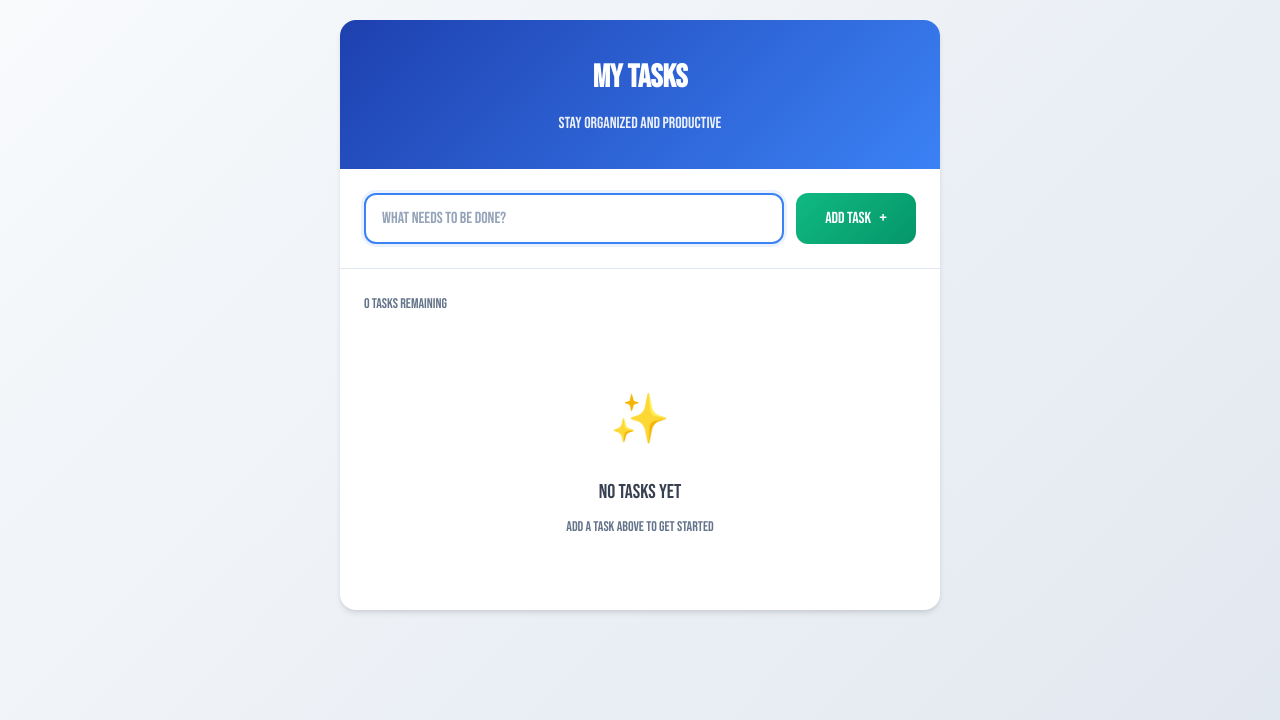
Repository: neelpatel6262/task-manager
Page: index.html
These files come from the project's save history. The page is drawn as it stood at one moment and after a run of saves; the edit follows.
The browser window is 1280 px wide. The pictures show the whole page.
Some web fonts or font styles are not loaded; a fallback is used.

Above is the page before, as saved 2025-09-22 13:08:24.

After the next 2 saves:
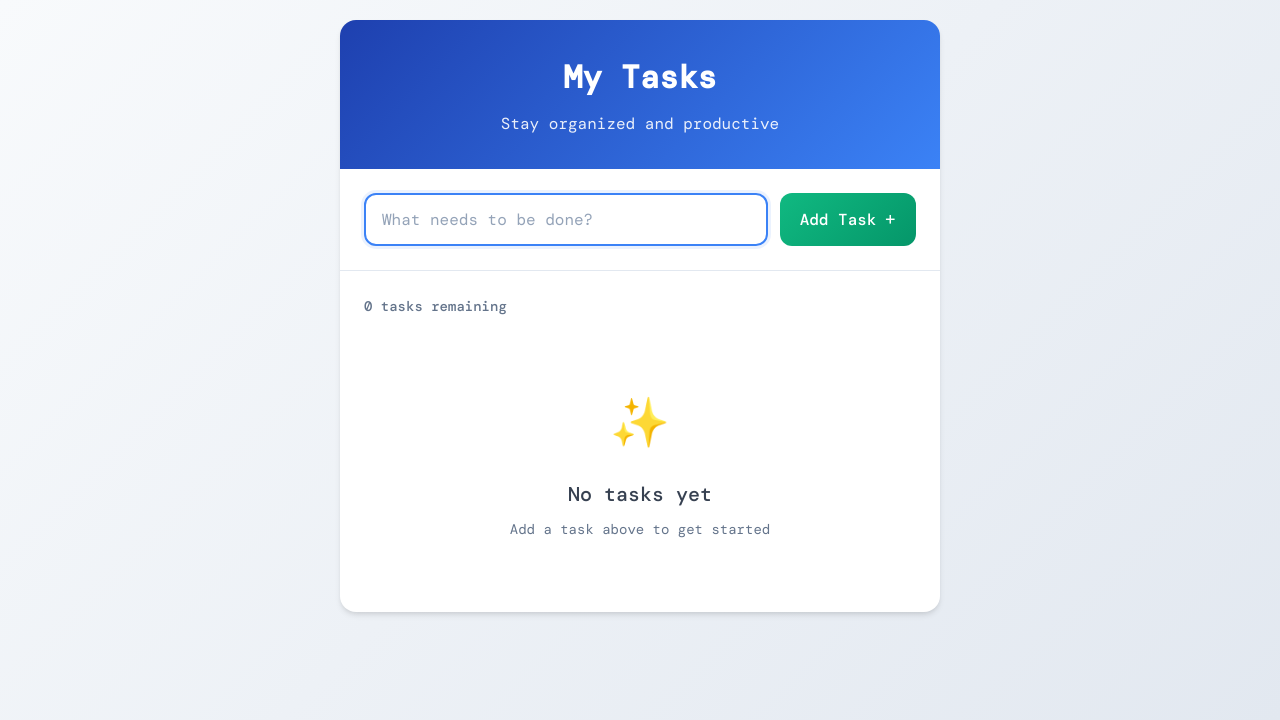
The 2 saves are shown as one change because they came seconds apart.
The last was saved 2 min 12 s later.
--- a/index.html
+++ b/index.html
@@ -15,7 +15,7 @@
       margin: 0;
       padding: 0;
       box-sizing: border-box;
-      font-family: "Bebas Neue", sans-serif;
+      font-family: "DM Mono", monospace;
     }
 
     body {
